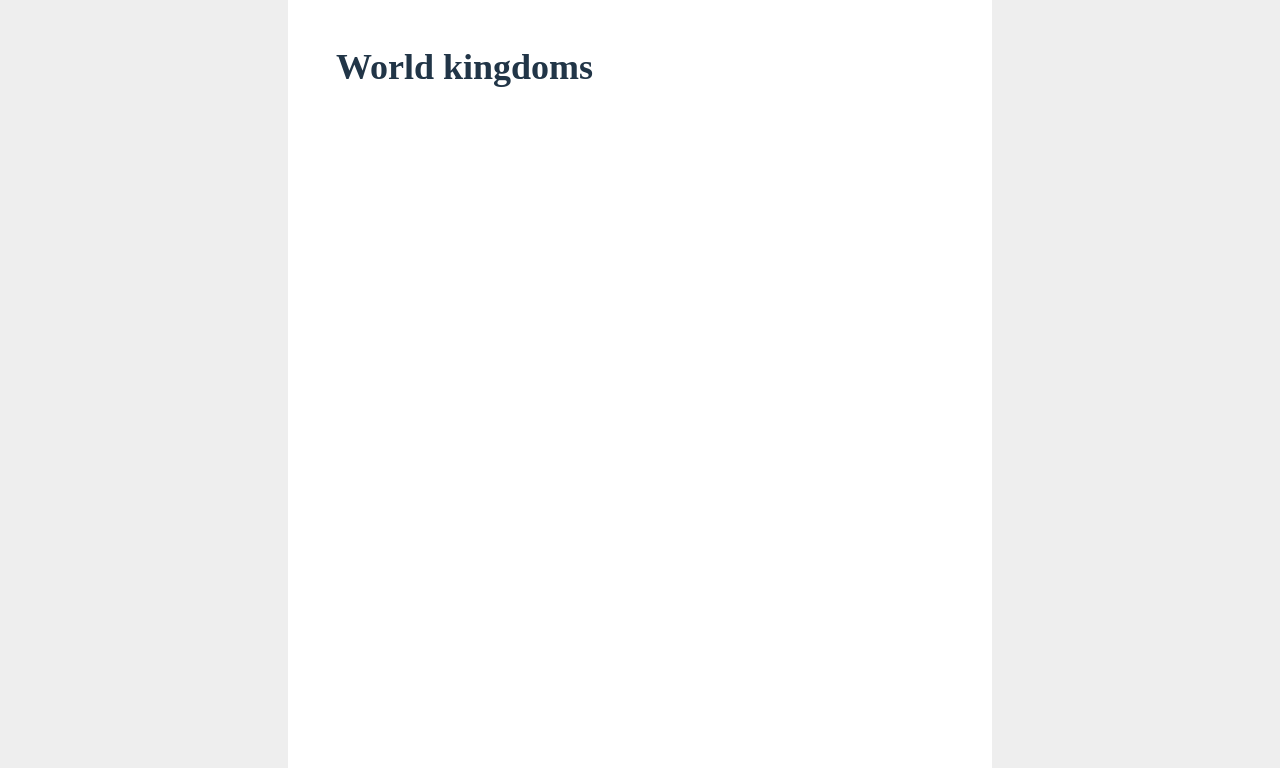
Repository: SamanthaYan298/my_world_kingdoms
Page: /
An editor plug-in stored every save of this project. The page is shown before and after the next save, followed by the edit.
The browser window is 1280 px wide. The pictures show the whole page.
The page's requests for data from a server got no answer. The project was rebuilt for these pictures with package versions that can differ from the ones it lists, and the page was loaded fresh each time. No one was signed in, and anything a server would have sent is missing. Also part of the build but not shown: vite.config.js.

Above is the page before, as saved 2024-11-20 18:21:46.

### src/App.jsx
import { useEffect, useState } from 'react'
import './App.css'
import Countries from '../components/Countries';

function App() {

  const [query, setQuery] = useState('');
  const [countries, setCountries] = useState([]);
  const [fetchStatus, setFetchStatus] = useState('idle');

  // load data on mount - only load once
  useEffect(() => {
    const url = ` https://restcountries.com/v3.1/name/kingdom`;

    async function fetchData() {
      let response, data;
      try{
        setFetchStatus('loading');
        response = await fetch(url);
        data = await response.json();
        setCountries(data);
        setFetchStatus('idle');
      } catch(e) {
        setFetchStatus('error');
        console.error(e.message);
      }
    }

    fetchData();

  }, [query]);

  let filteredCountries = [...countries];

  return (
    <>
    <div className='countries'>
      <h1>World kingdoms</h1>
      <Countries countries={filteredCountries} />
    </div>

    </>
  )
}

export default App

### src/App.css
#root {
  width: 100%;
  height: 100%;
  margin: 0 auto;
  padding: 0 2rem;
  text-align: center;
  background-color: #eee;
  font-family: "DM Serif Text", serif;
  font-weight: 400;
  font-style: normal;
}

h1 {
  display: block;
  margin-block-start: 0.67em;
  margin-block-end: 0.67em;
  margin-inline-start: 0px;
  margin-inline-end: 0px;
  font-weight: bold;
  unicode-bidi: isolate;
  text-align: left;
  font-size: 1.5em;
}

.countries {
  width: 50%;
  background: #fff;
  margin: 0 auto;
  padding: 1em 2em;
  height: 100vh;
  text-align: left;
  font-size: 1.5em;
}

img {
  width: 50%;
}

p {
  padding: 0;
}

### components/Countries.jsx
import '../src/App.css'

function Countries({ countries }) {

    return (
      <div className='outer-container'>
        {countries.map((country, index) => (
            <div key={index} className='cards-container'>
              <h1>{country.name.official}</h1>
              <img src={country.flags.png} alt={`Flag of ${country.name.common}`} />
              <h4 className='name'>{country.name.common}</h4>
              <div className='country-info'>
                <p>
                  <span><strong>Capital: </strong></span>
                  <span>{country.capital}</span>
                </p>
                <p>
                  <span><strong>Location in: </strong></span>
                  <span className='borders'>{country.subregion}</span>
                </p>
              </div>
            </div>
          ))}
      </div>
    );
  }

  export default Countries;

Loaded but not shown: index.html (common file); src/main.jsx (common file); src/index.css (common file)

After the next save:
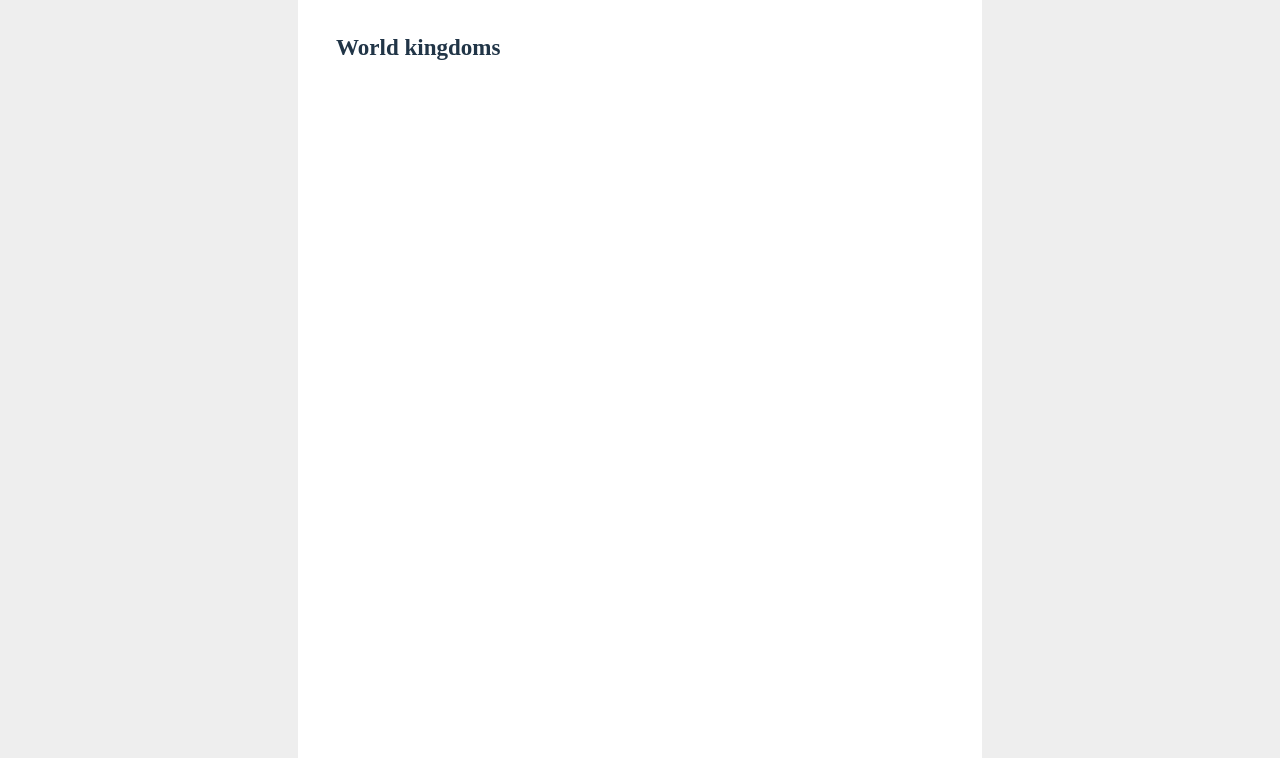
Saved 8 s later.
--- a/src/App.css
+++ b/src/App.css
@@ -19,7 +19,7 @@ h1 {
   font-weight: bold;
   unicode-bidi: isolate;
   text-align: left;
-  font-size: 1.5em;
+  font-size: 1.2em;
 }
 
 .countries {
@@ -29,7 +29,7 @@ h1 {
   padding: 1em 2em;
   height: 100vh;
   text-align: left;
-  font-size: 1.5em;
+  font-size: 1.2em;
 }
 
 img {
